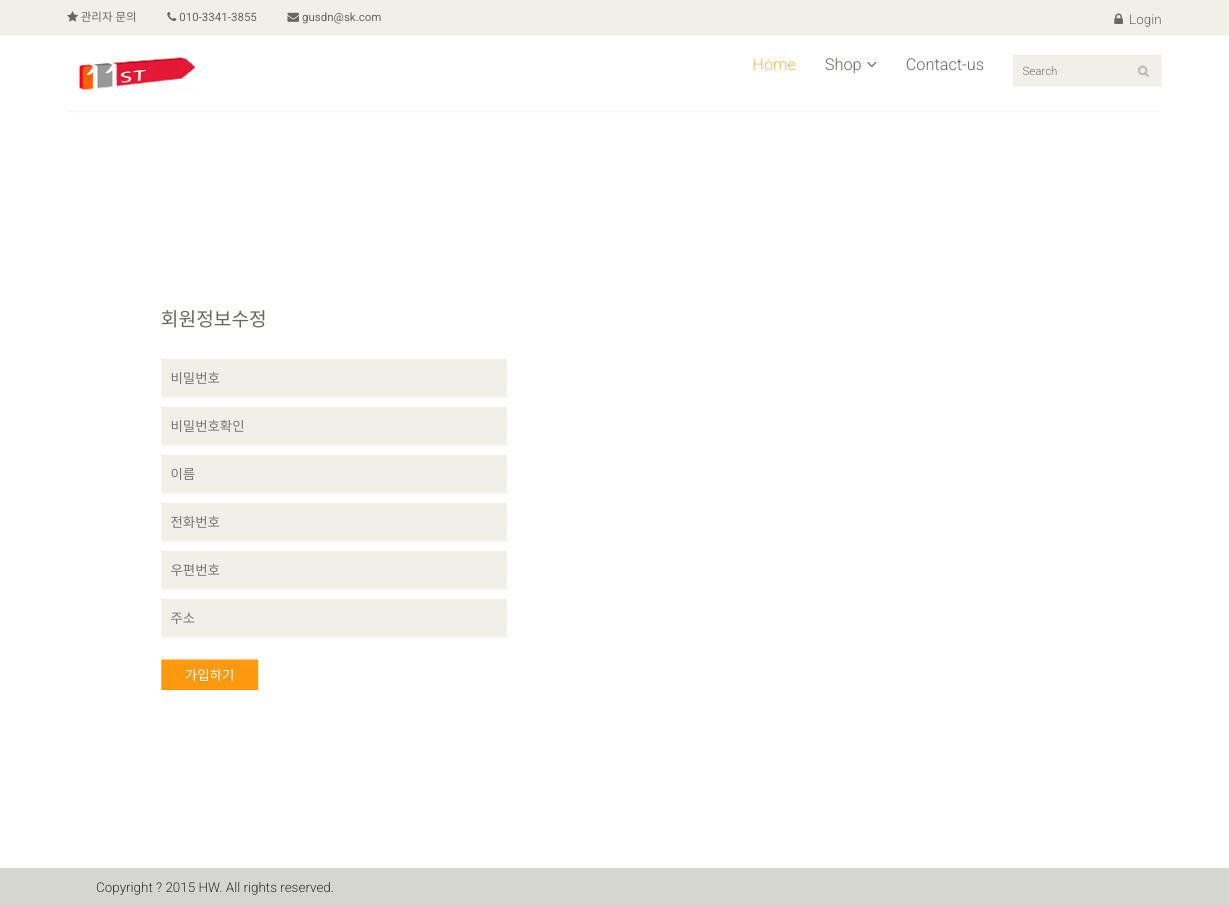
Repository: HyunWooo/HWst
Page: http://localhost/hw_st/userManagement.jsp
An editor plug-in stored every save of this project. The page is shown before and after the next save, followed by the edit.
The browser window is 1280 px wide. The pictures show the whole page, at 96% of full size.
Some web fonts or font styles are not loaded; a fallback is used. The page is served by Tomcat 9. Nobody is signed in. The application's start-up code is not run.

Above is the page before, as saved 2015-07-07 15:10:41.

After the next save:
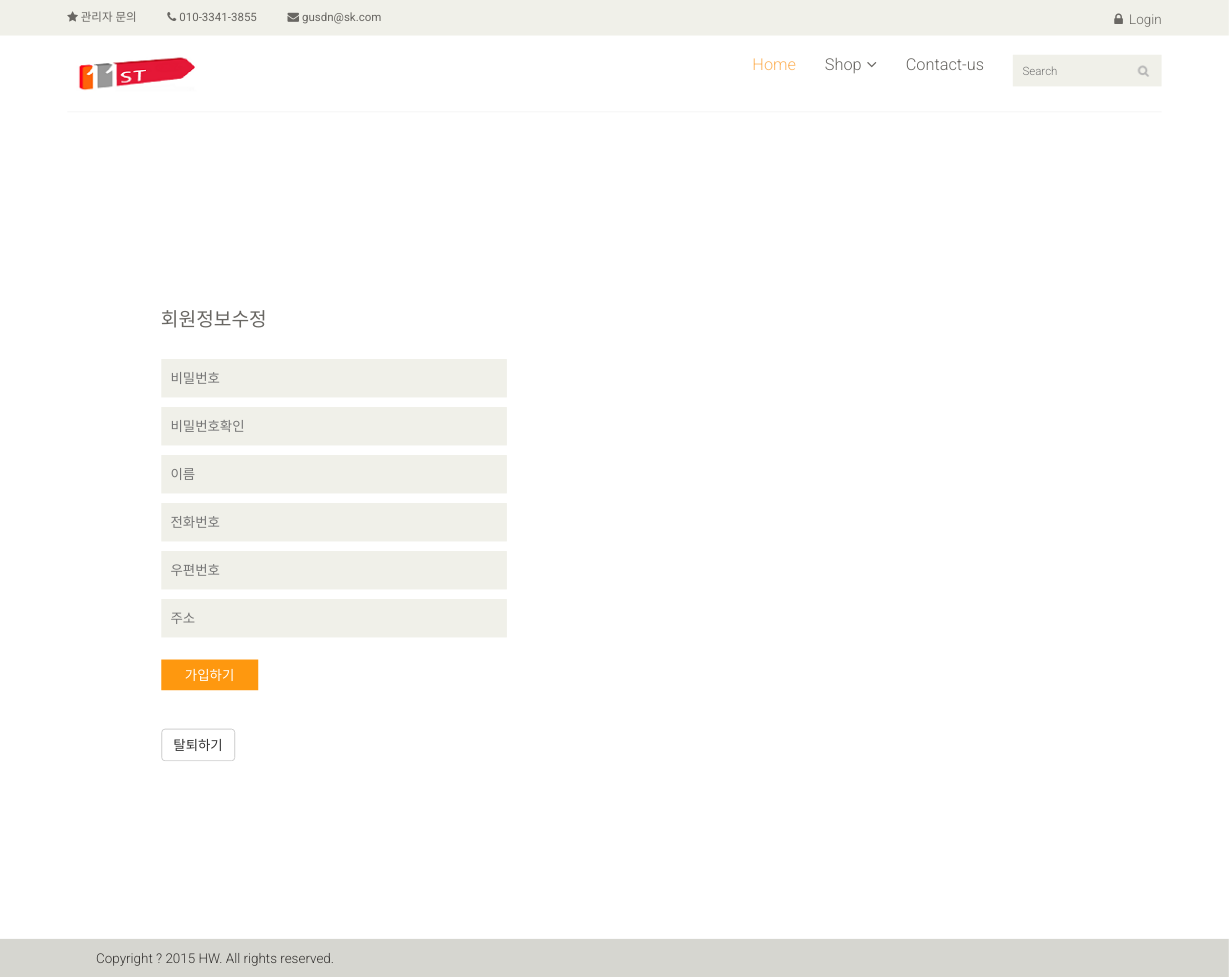
Saved 62 s later.
--- a/hw_st/WebContent/userManagement.jsp
+++ b/hw_st/WebContent/userManagement.jsp
@@ -135,6 +135,8 @@
 									<input type="text" placeholder="주소" name="address"/>
 									<button type="submit" value="가입하기" class="btn btn-default" id="btn">가입하기</button>
 								</form>
+								<br><br>
+								<button type="button" value="회원탈퇴" class="btn btn-default" id="uDelete">탈퇴하기</button>
 							</div><!--/login form-->
 						</div>
 					</div>

After the save that followed:
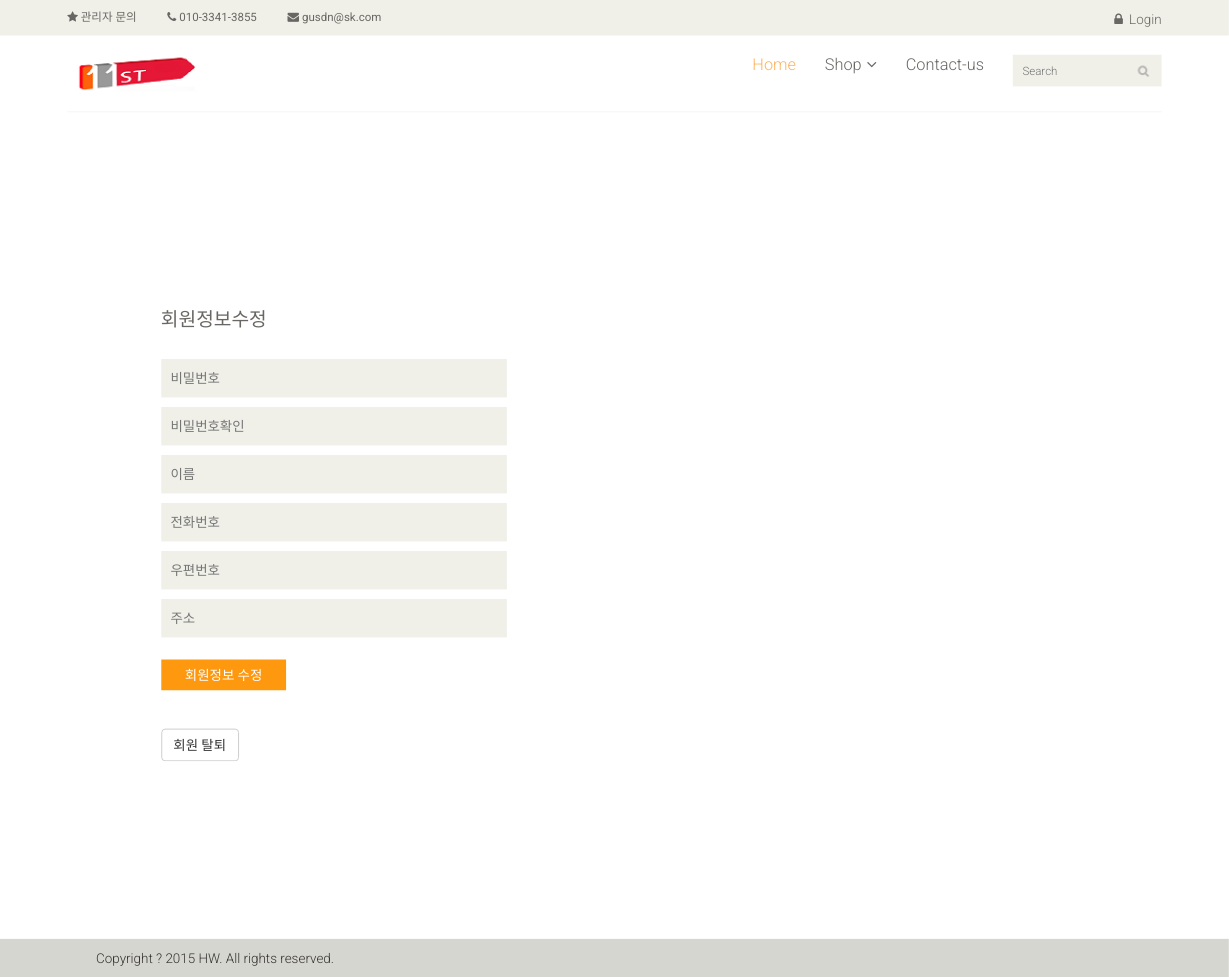
Saved 22 s later.
--- a/hw_st/WebContent/userManagement.jsp
+++ b/hw_st/WebContent/userManagement.jsp
@@ -133,10 +133,10 @@
 									<input type="text" placeholder="전화번호" name="phone" />
 									<input type="text" placeholder="우편번호" name="postCode" />
 									<input type="text" placeholder="주소" name="address"/>
-									<button type="submit" value="가입하기" class="btn btn-default" id="btn">가입하기</button>
+									<button type="submit" value="가입하기" class="btn btn-default" id="btn">회원정보 수정</button>
 								</form>
 								<br><br>
-								<button type="button" value="회원탈퇴" class="btn btn-default" id="uDelete">탈퇴하기</button>
+								<button type="button" value="회원탈퇴" class="btn btn-default" id="uDelete">회원 탈퇴</button>
 							</div><!--/login form-->
 						</div>
 					</div>
